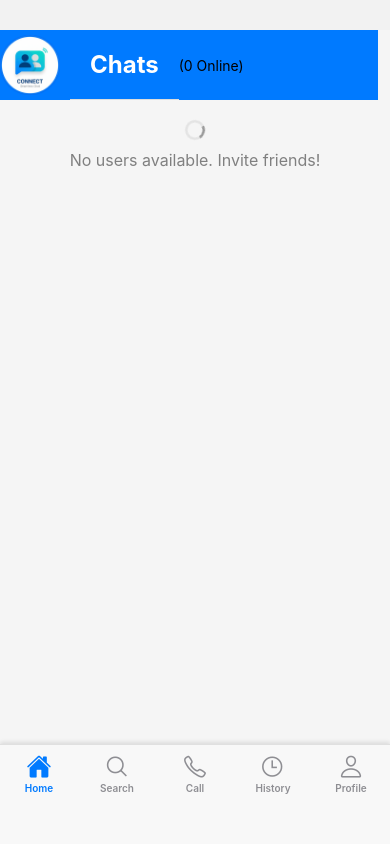
Repository: UdayRaj04/Chatapp_native
Screen: /MainTabs (app in ChatAppFrontend/)
These files come from the project's save history. The screen is drawn as it stood at one moment and after a run of saves; the edit follows.
The app was drawn by React Native's web renderer in a window 390 px wide. The project was rebuilt for these pictures with package versions that can differ from the ones it lists, and the page was loaded fresh each time. Some packages were replaced by stand-ins written for this rebuild. Also part of the build but not shown: ChatAppFrontend/screens/RegisterScreen.tsx, ChatAppFrontend/screens/ChatScreen.tsx, ChatAppFrontend/screens/SearchScreen.tsx, ChatAppFrontend/screens/AnalyticsScreen.tsx, ChatAppFrontend/screens/HistoryScreen.tsx, ChatAppFrontend/screens/ProfileScreen.tsx.

Above is the screen before, as saved 2025-09-09 17:53:42.

After the next 2 saves:
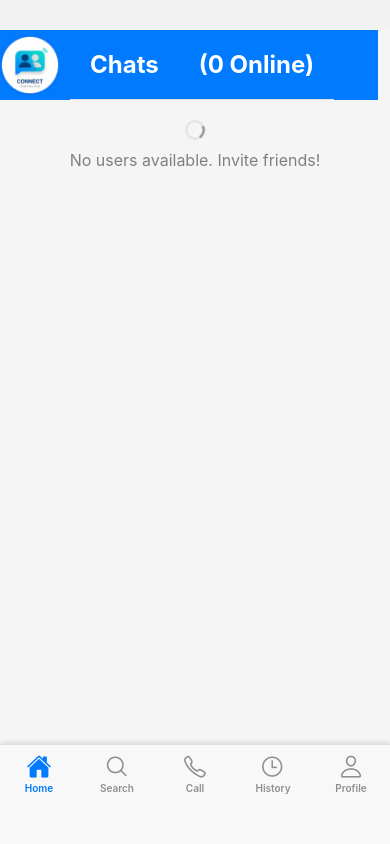
The 2 saves are shown as one change because they came seconds apart.
The last was saved 8 s later.
--- a/ChatAppFrontend/screens/ChatListScreen.tsx
+++ b/ChatAppFrontend/screens/ChatListScreen.tsx
@@ -231,6 +231,18 @@ const styles = StyleSheet.create({
     elevation: 2,
 
   },
+  title1: {
+    fontSize: 24,
+    fontWeight: 'bold',
+    padding: 20,
+    color: '#ffffffff',
+    textAlign: 'center',
+    backgroundColor: '#007AFF',
+    borderBottomWidth: 1,
+    borderBottomColor: '#ddd',
+    elevation: 2,
+
+  },
   loadingContainer: {
     flex: 1,
     justifyContent: 'center',
